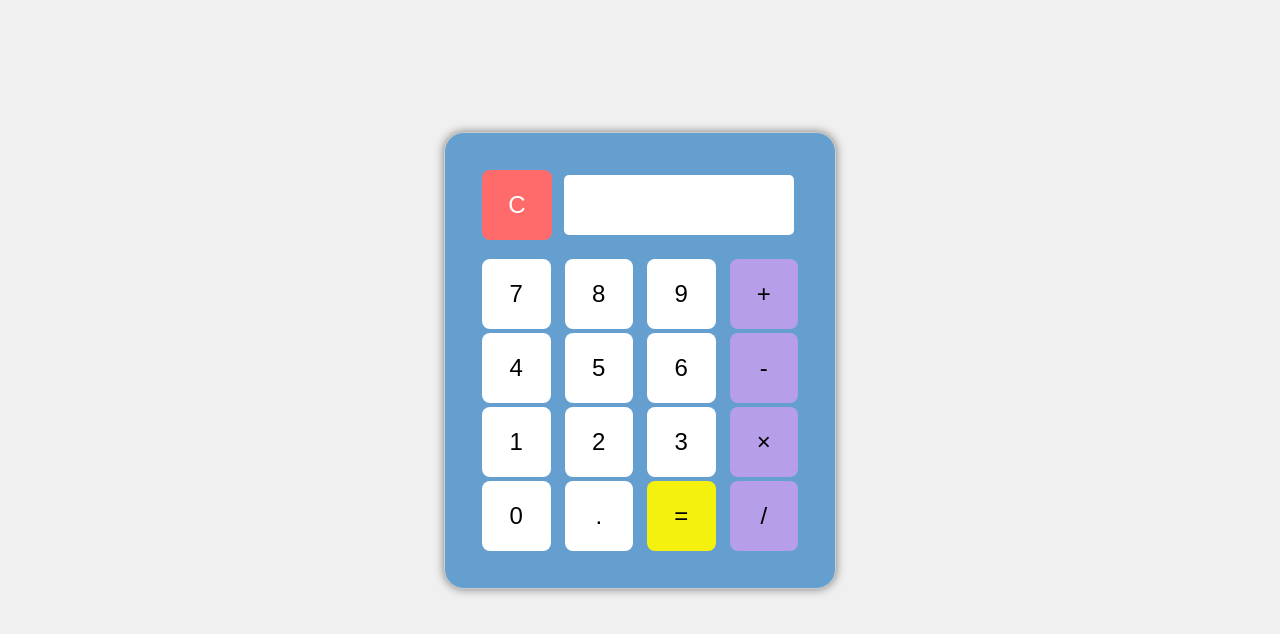
Repository: Burnmyheart/calculator
Page: index.html
The author's editor kept a copy of each file at every save. The page is drawn from the files as they stood at one save, then again after the next save.
The browser window is 1280 px wide. The pictures show the whole page.
The pointer rests on the first visible `.calculate`.

Above is the page before, as saved 2025-04-28 23:15:14.

After the next save:
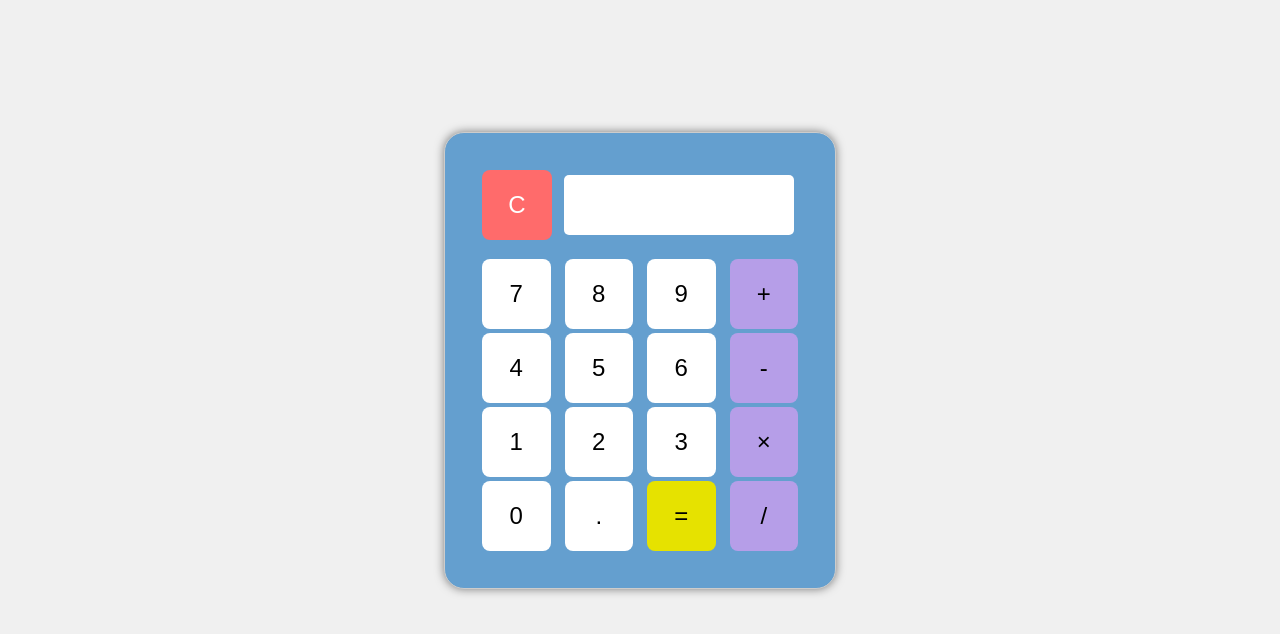
Saved 20 s later.
--- a/style.css
+++ b/style.css
@@ -62,7 +62,9 @@ button {
 .calculate {
   background-color: #f5f10f;
 }
-
+.calculate:hover {
+  background-color: #e6e200;
+}
 .operation {
   background-color: #ef9efa98;
 }
